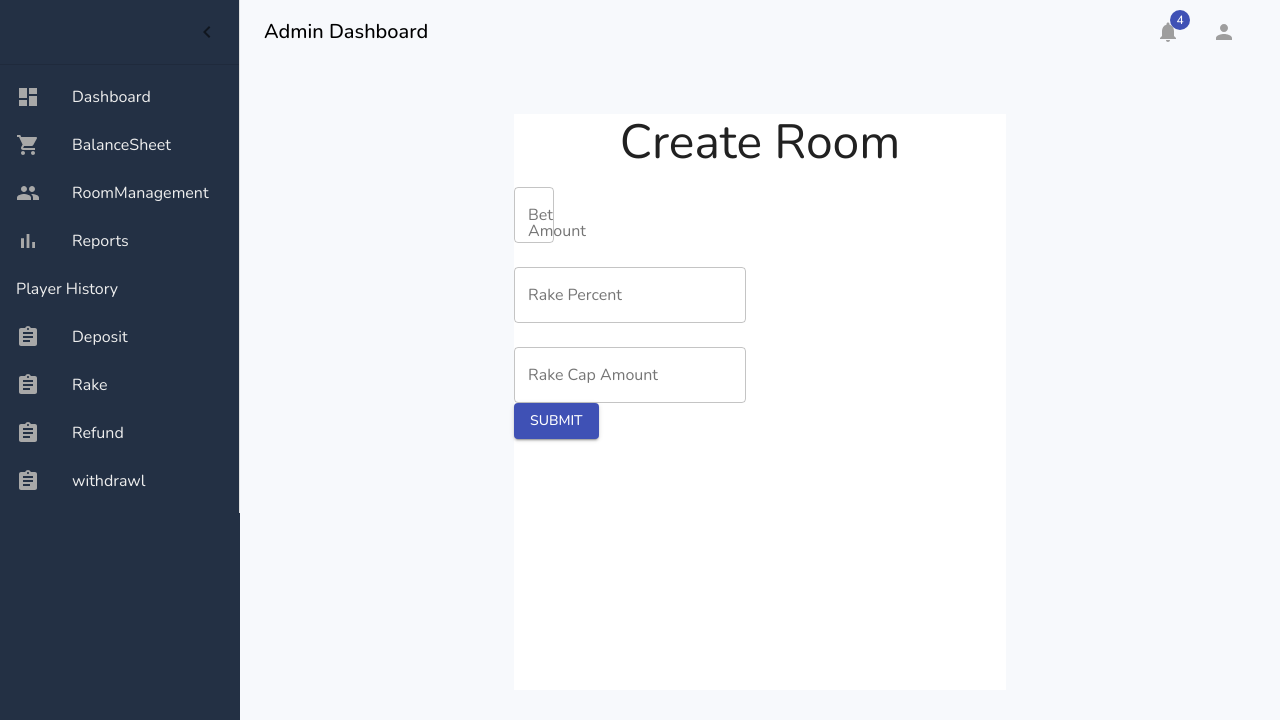
Repository: imayankbisht/ludofrontend
Page: /create
These files come from the project's save history. The page is drawn as it stood at one moment and after the next save; the edit follows.
The browser window is 1280 px wide. The pictures show the whole page.
The project was rebuilt for these pictures with package versions that can differ from the ones it lists, and the page was loaded fresh each time. Also part of the build but not shown: src/Components/Title.js, src/Components/Cards/Deposits.js, src/Components/Cards/Cashout.js, src/Components/Cards/Netbalance.js, src/Components/Cards/Rake.js, src/Components/Cards/Refund.js, src/Components/UserControl.js, src/Components/UserTable.js and 5 more.

Above is the page before, as saved 2021-01-20 13:08:08.

After the next save:
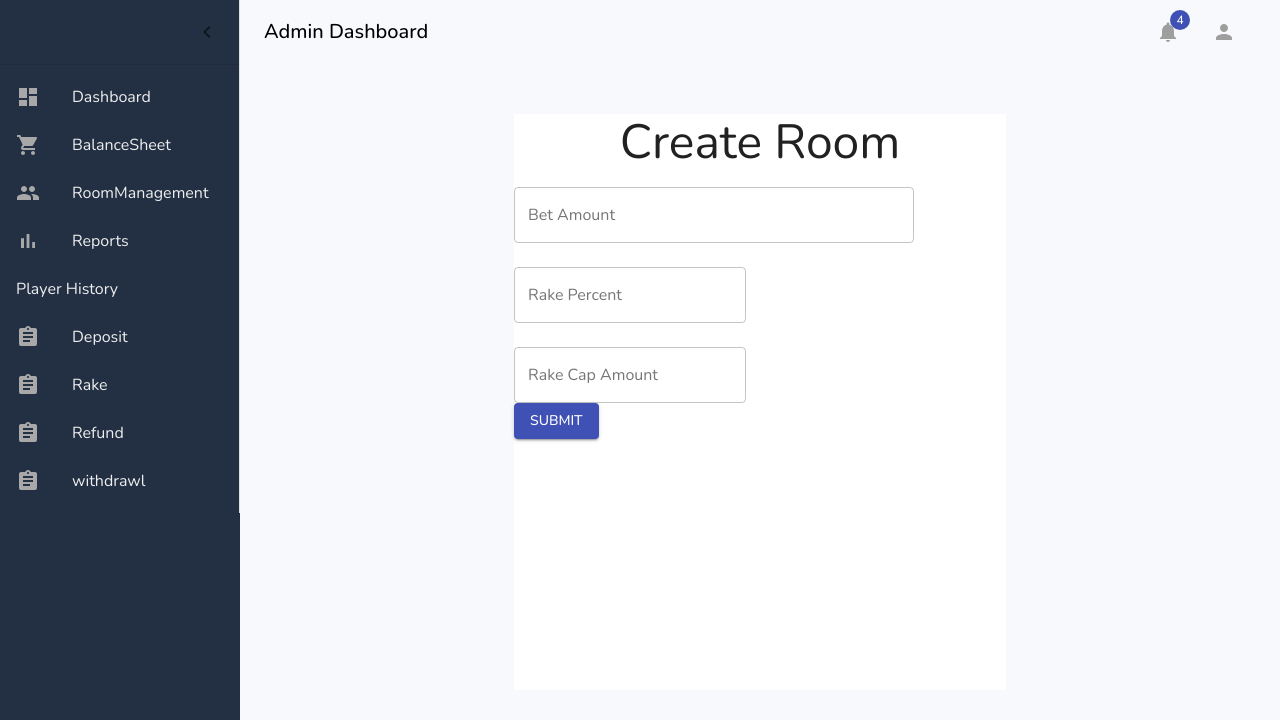
Saved 11 s later.
--- a/src/Components/UserForm.js
+++ b/src/Components/UserForm.js
@@ -74,7 +74,7 @@ export default function UserForm(props){
                         label="Bet Amount"
                         name="betAmount"
                         variant="outlined"
-                        style={{width:'40px'}}
+                        style={{width:'400px'}}
                         value={betAmount}
                         onChange={(e)=>{setBetamount(e.target.value)}}
                       />
